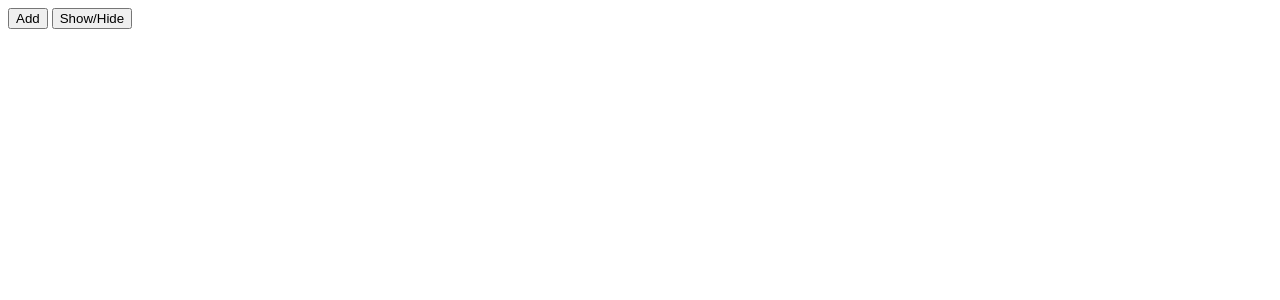
Repository: BrianKolowitz/infsci2560_samples
Page: public_html/week6/jqbasics.html
The author's editor kept a record of every edit. The page is drawn from the files as they stood at one moment, then again after the next edit.
The browser window is 1280 px wide. The pictures show the whole page.
Some web libraries are served in a nearby version.

Above is the page before.

### public_html/week6/jqbasics.html
<!DOCTYPE html>
<html>
    <head>
        <title>TODO supply a title</title>
        <meta charset="UTF-8">
        <meta name="viewport" content="width=device-width, initial-scale=1.0">
        <script type='text/javascript' src="//ajax.googleapis.com/ajax/libs/jquery/2.1.1/jquery.min.js"></script>
        <script type='text/javascript'>
            $(function() {
                var $items = $('#items');
                $('#additem').click(function(e) {
                    $items.append('<li>' + ($items.find('li').length + 1) + '</li>');
                });

                $('#toggle').click(function(e){
                    $items.toggle();
                });
            });
        </script>
    </head>
    <body>
        <button id='additem'>Add</button>&nbsp;<button id='toggle'>Show/Hide</button><br/>
        <ul id='items'></ul>
    </body>
</html>

After the next edit:
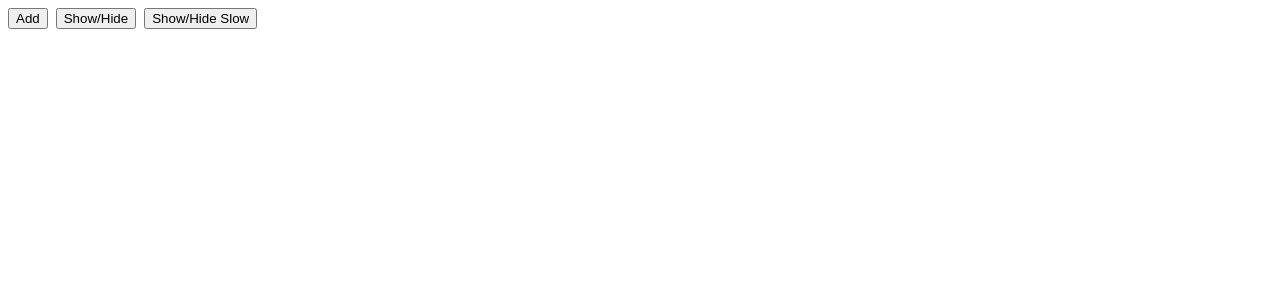
The edit:
--- a/public_html/week6/jqbasics.html
+++ b/public_html/week6/jqbasics.html
@@ -19,7 +19,9 @@
         </script>
     </head>
     <body>
-        <button id='additem'>Add</button>&nbsp;<button id='toggle'>Show/Hide</button><br/>
+        <button id='additem'>Add</button>
+        &nbsp;<button id='toggle'>Show/Hide</button>
+        &nbsp;<button id='toggleSlow'>Show/Hide Slow</button><br/>
         <ul id='items'></ul>
     </body>
 </html>
